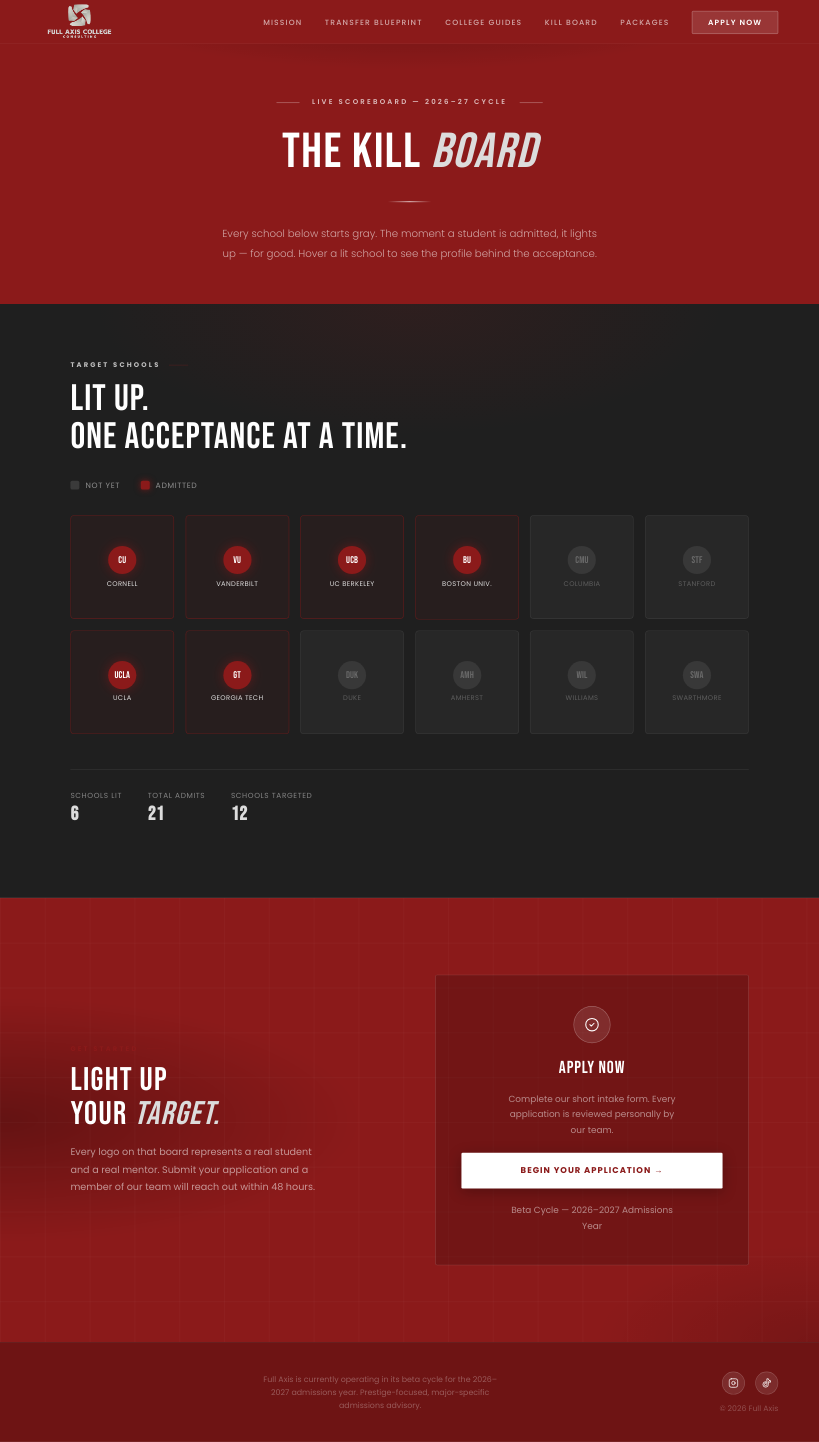
Repository: epeguero8311/cesar
Page: kill-board/index.html
These files come from the project's save history. The page is drawn as it stood at one moment and after the next save; the edit follows.
The browser window is 1280 px wide. The pictures show the whole page, at 64% of full size.

Above is the page before, as saved 2026-07-09 17:36:38.

After the next save:
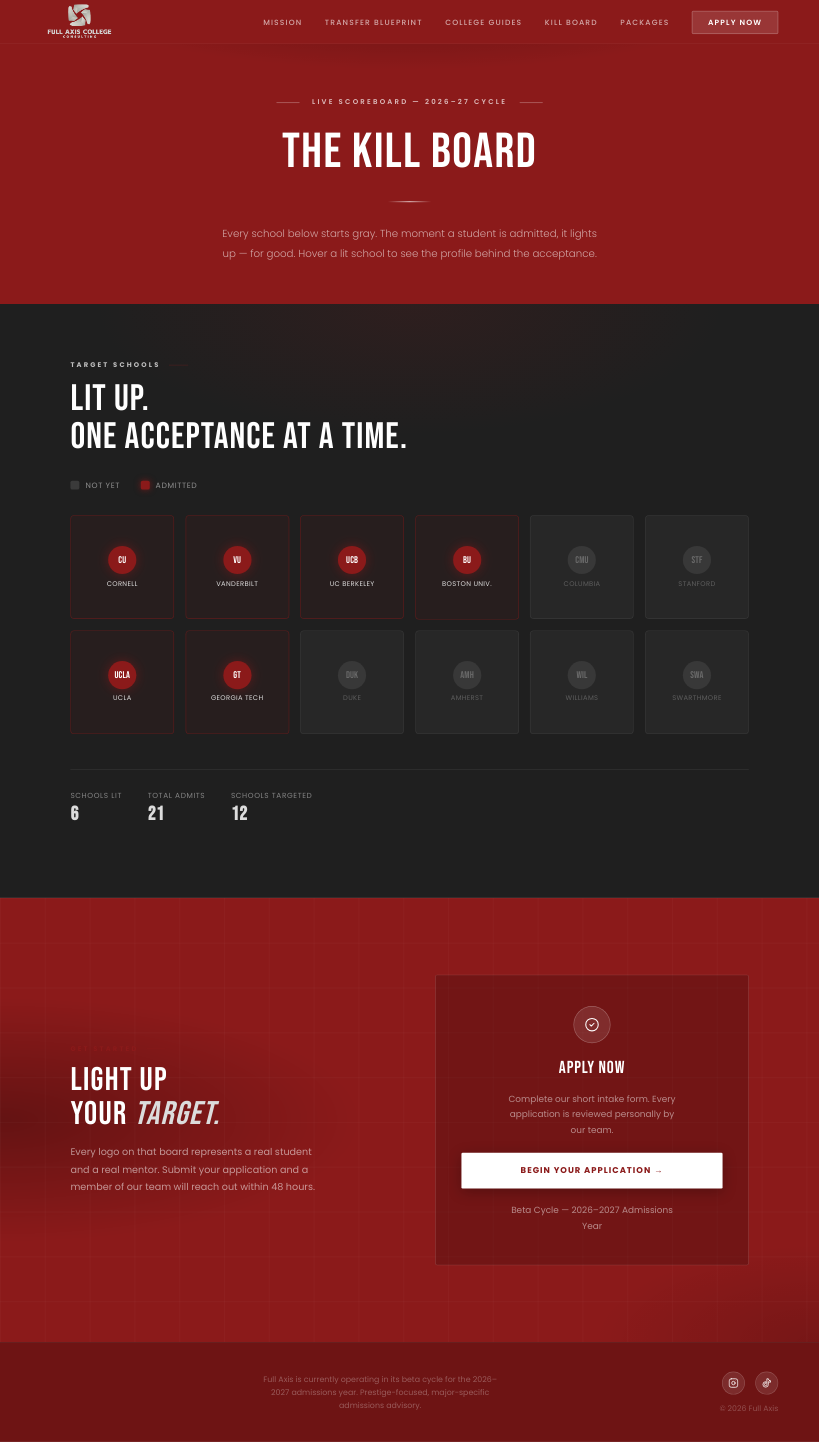
Saved 2 min 32 s later.
--- a/kill-board/index.html
+++ b/kill-board/index.html
@@ -31,7 +31,7 @@
 <section class="sub-hero">
   <div class="sub-hero-inner">
     <div class="hero-eyebrow">Live Scoreboard — 2026–27 Cycle</div>
-    <h1 class="sub-hero-title">The Kill <em>Board</em></h1>
+    <h1 class="sub-hero-title">The Kill Board</h1>
     <div class="hero-rule"></div>
     <p class="sub-hero-sub">Every school below starts gray. The moment a student is admitted, it lights up — for good. Hover a lit school to see the profile behind the acceptance.</p>
   </div>
